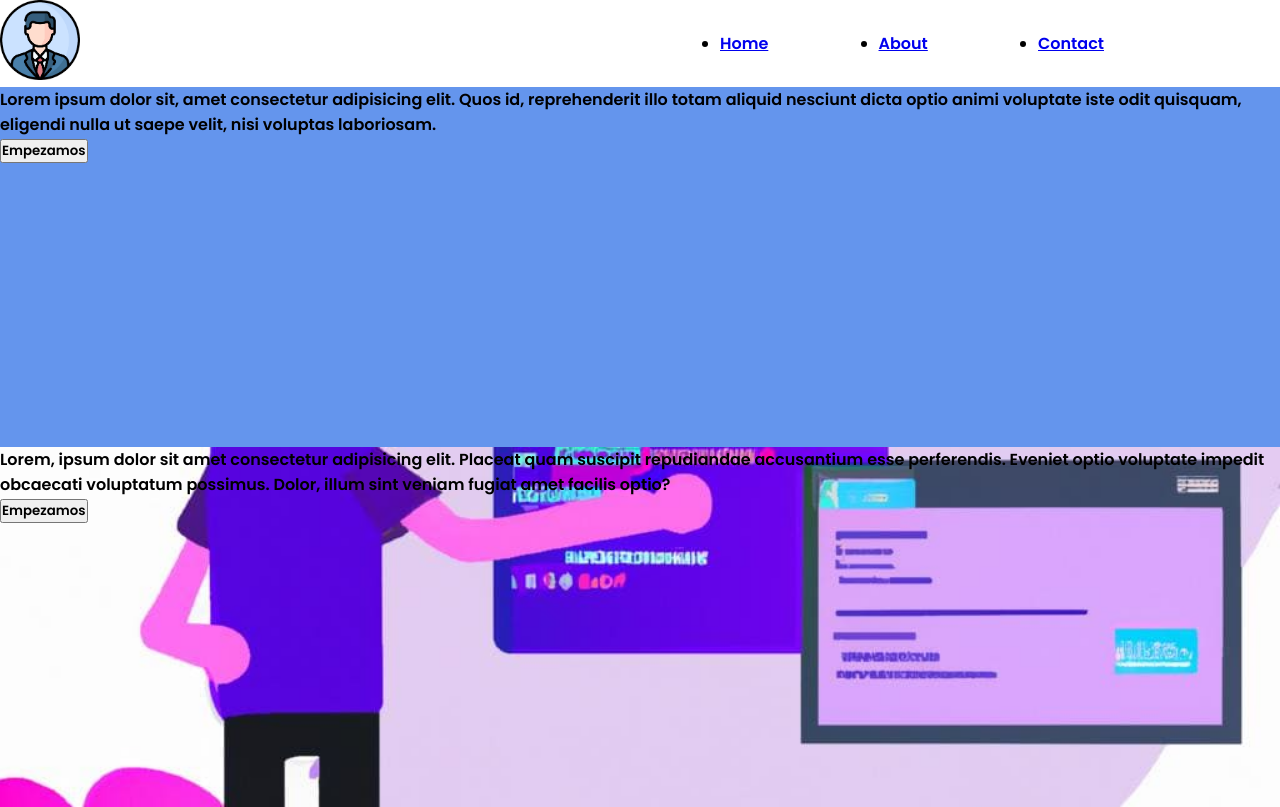
Repository: Sxcram02/projects
Page: screen-split/index.html
An editor plug-in stored every save of this project. The page is shown before and after the next save, followed by the edit.
The browser window is 1280 px wide. The pictures show the whole page.

Above is the page before, as saved 2023-03-17 00:30:16.

After the next save:
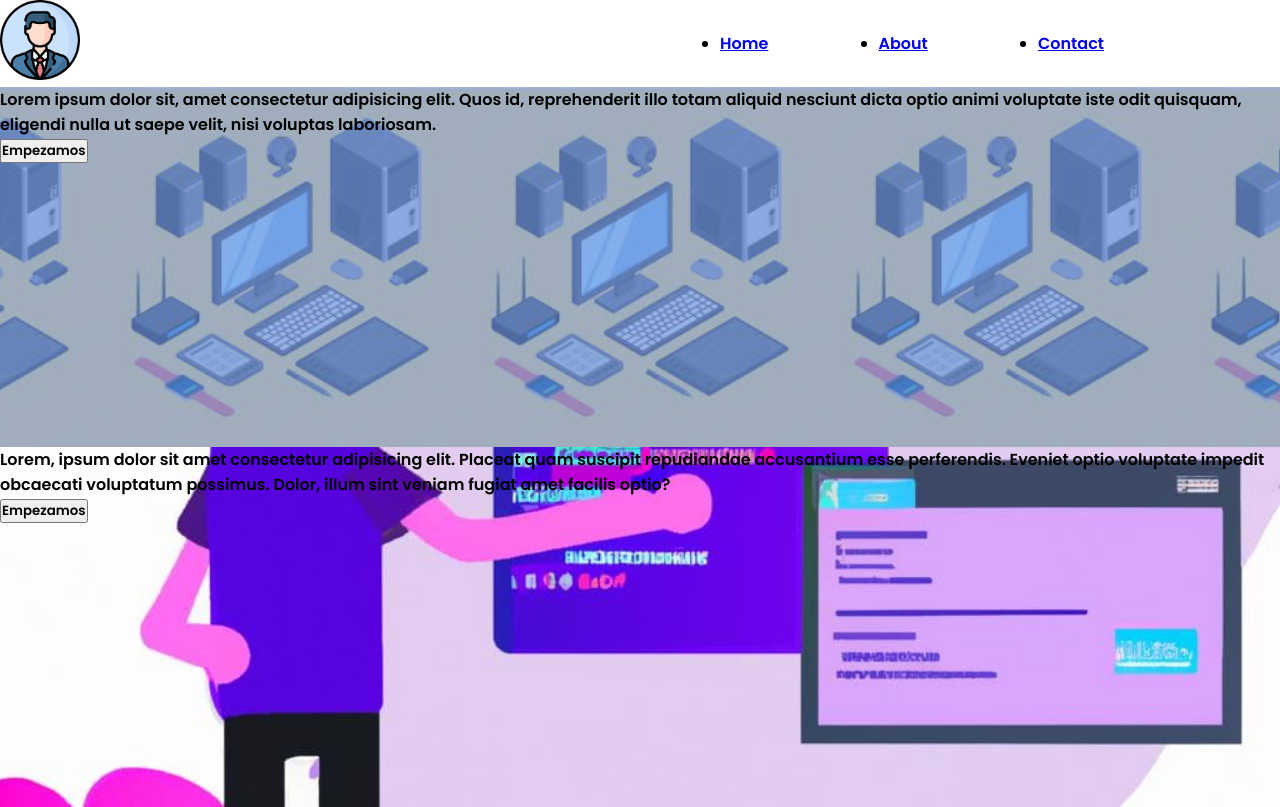
Saved 6 s later.
--- a/screen-split/style/index.css
+++ b/screen-split/style/index.css
@@ -52,7 +52,7 @@ aside {
 }
 
 .image-filterHard {
-    background-color: cornflowerblue;
+    background-color: rgba(100, 148, 237, 0.605);
     height: 100%;
 }
 
